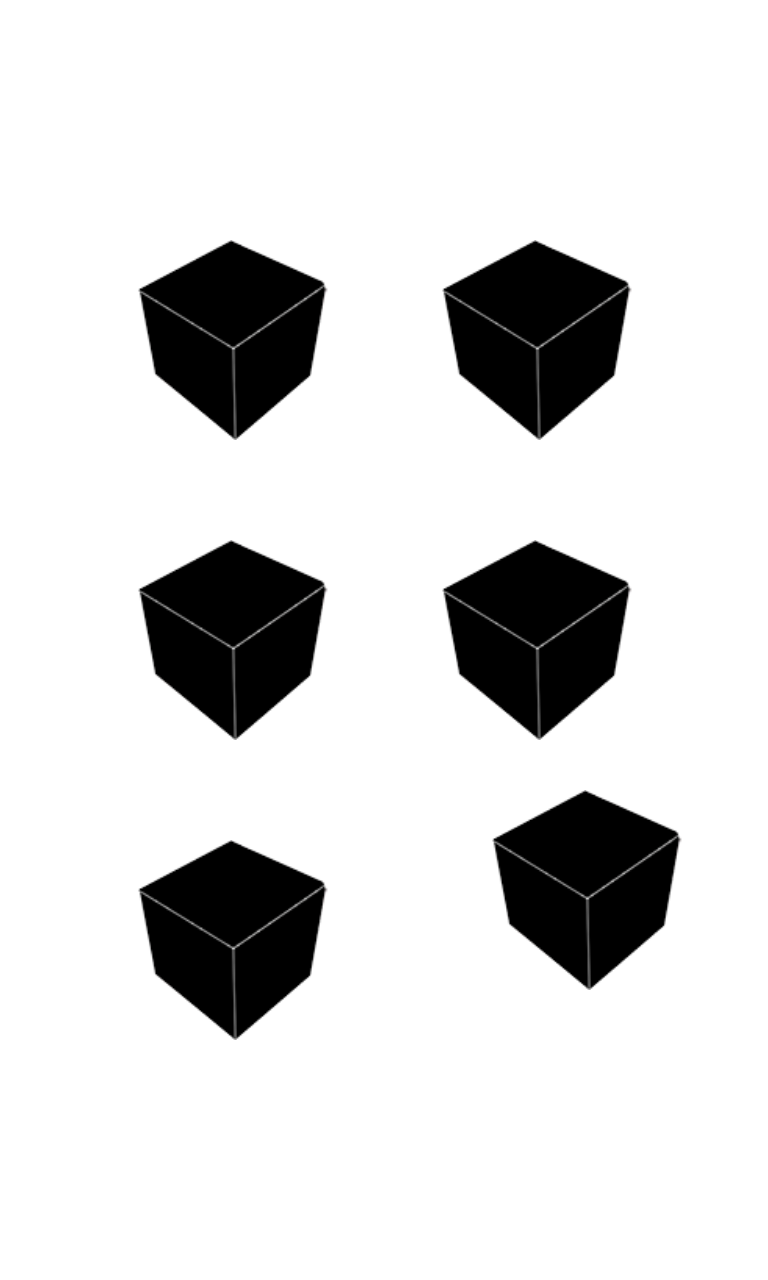
Repository: DSKarramba/university
Layout: models_and_methods_ICS/lab_01/code/calc/res/layout/activity_main.xml
These files come from the project's save history. The layout is drawn as it stood at one moment and after the next save; the edit follows.
It is drawn on a 768 x 1280 px phone screen (xhdpi) without system bars, with theme AppTheme; the app's code is not run.

Above is the layout before, as saved 2014-12-11 03:43:22.

After the next save:
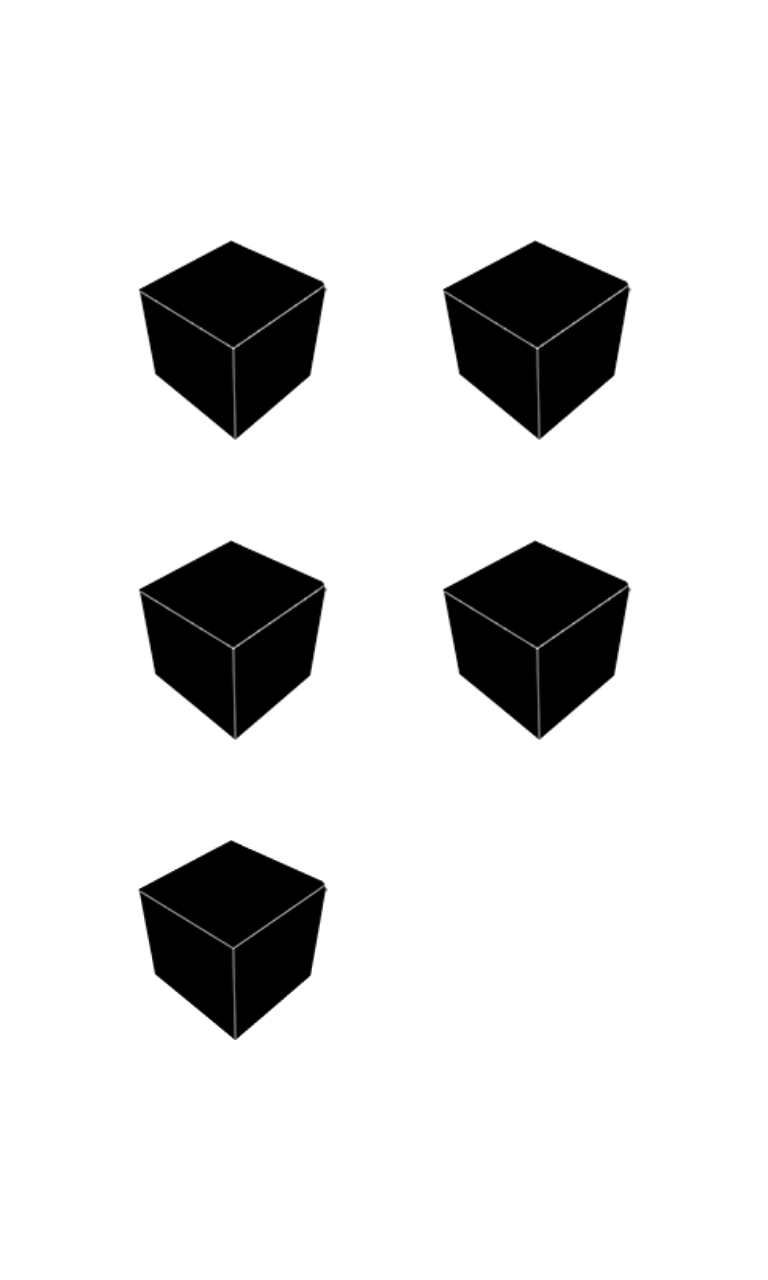
Saved 11 s later.
--- a/models_and_methods_ICS/lab_01/code/calc/res/layout/activity_main.xml
+++ b/models_and_methods_ICS/lab_01/code/calc/res/layout/activity_main.xml
@@ -73,10 +73,9 @@
         android:id="@+id/img6"
         android:layout_width="100dp"
         android:layout_height="100dp"
-        android:layout_alignParentRight="true"
-        android:layout_below="@+id/img4"
-        android:layout_marginRight="25dp"
-        android:layout_marginTop="25dp"
+        android:layout_alignRight="@+id/img3"
+        android:layout_below="@+id/img3"
+        android:layout_marginTop="50dp"
         android:background="@android:color/transparent"
         android:contentDescription="@string/str_box"
         android:scaleType="fitCenter"
